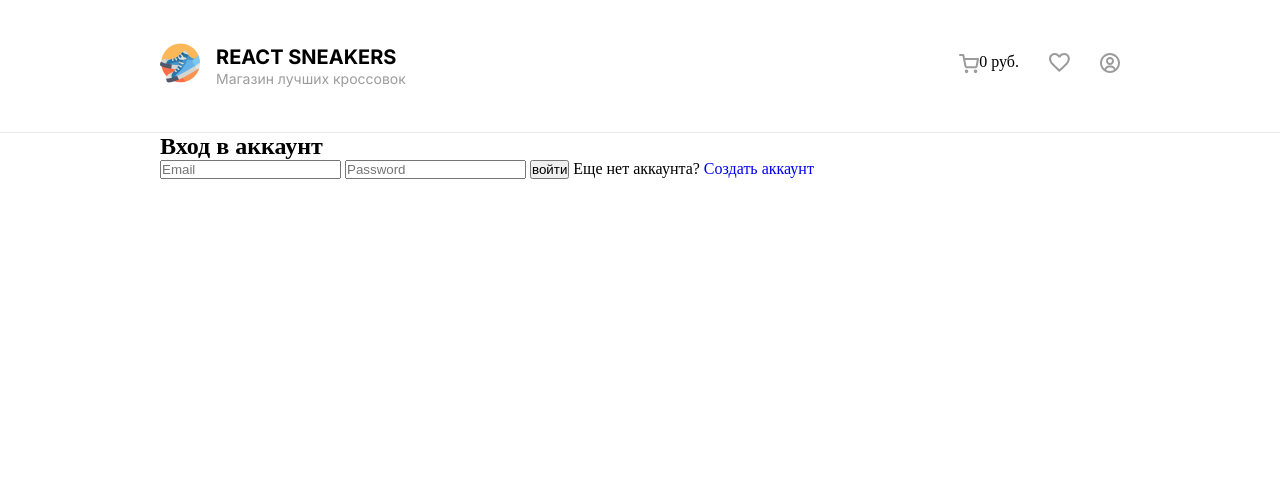
Repository: maxbirimkulov/sneakers20
Page: src/pages/login.html
An editor plug-in stored every save of this project. The page is shown before and after the next save, followed by the edit.
The browser window is 1280 px wide. The pictures show the whole page.
The style sheet was rebuilt from its Sass, Less or Tailwind sources for each picture, by a compiler version that may differ from the author's.

Above is the page before, as saved 2022-11-12 20:57:16.

After the next save:
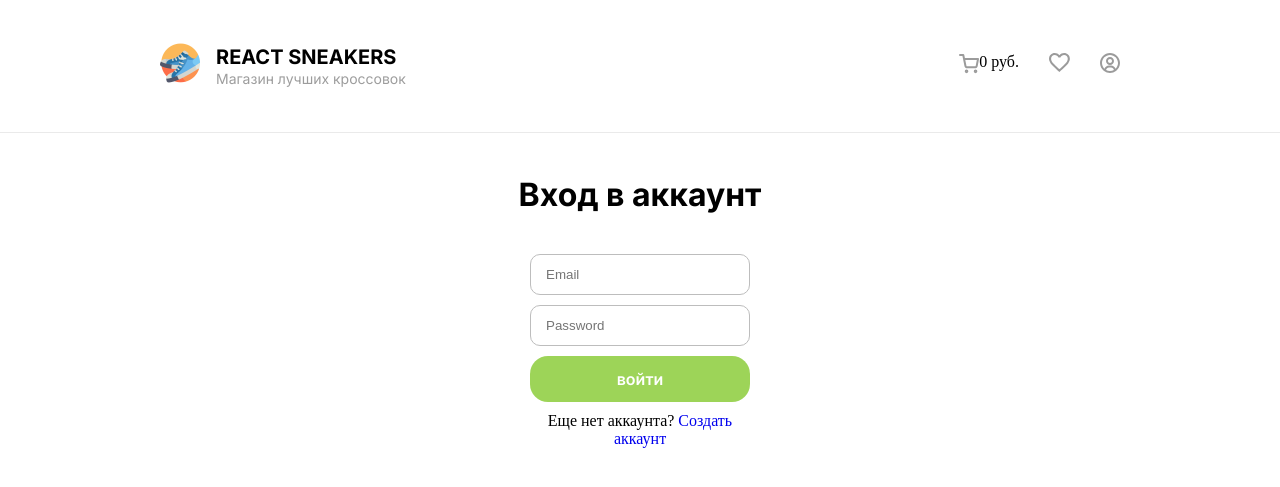
Saved 6 s later.
--- a/src/css/_register.scss
+++ b/src/css/_register.scss
@@ -1,4 +1,5 @@
-.register {
+.register,
+.login {
   &__title {
     @include text($int, normal, 700, 32px, 0, black);
     margin: 42px auto 40px;
